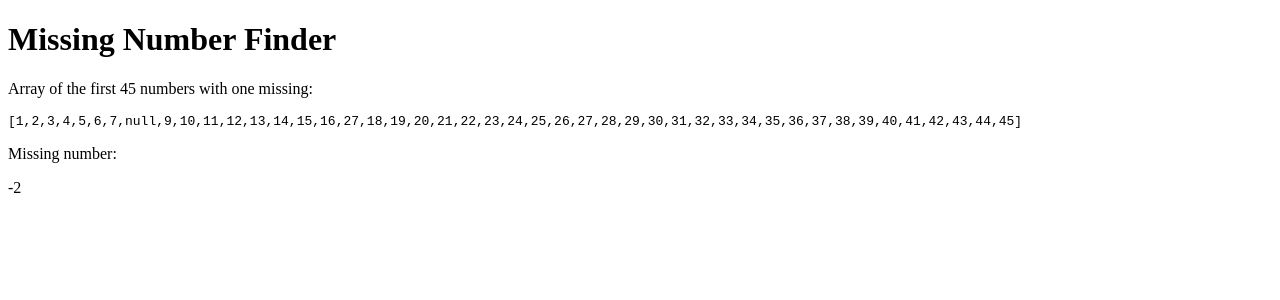
Repository: devblackie/missingNumberFinder
Page: index.html
The author's editor kept a copy of each file at every save. The page is drawn from the files as they stood at one save, then again after a run of saves.
The browser window is 1280 px wide. The pictures show the whole page.

Above is the page before, as saved 2023-08-23 14:52:10.

After the next 3 saves:
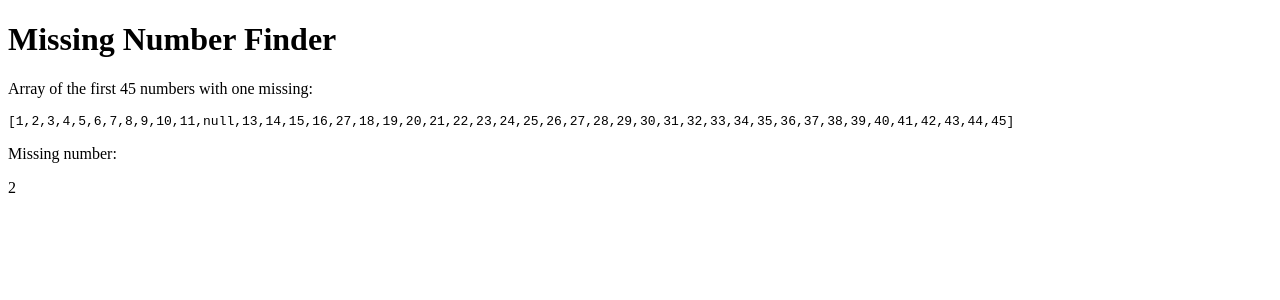
The 3 saves are shown as one change because they came seconds apart.
The last was saved 13 s later.
--- a/index.js
+++ b/index.js
@@ -6,7 +6,7 @@ function findMissingNumber(arr) {
     return totalSum - arraySum;
   }
 
-  const numbers = [1, 2, 3,4,5,6,7,,9,10,11,12,13,14,15,16,27,18,19,20,21,22,23,24,25,26,27,28,29,30,31,32,33,34,35,36,37,38,39,40,41,42,43,44, 45]; // Array of the first 45 numbers with one missing
+  const numbers = [1, 2, 3,4,5,6,7,8,9,10,11,,13,14,15,16,27,18,19,20,21,22,23,24,25,26,27,28,29,30,31,32,33,34,35,36,37,38,39,40,41,42,43,44, 45]; // Array of the first 45 numbers with one missing
   const missingNumber = findMissingNumber(numbers);
 
   document.getElementById("numbers").textContent = JSON.stringify(numbers);
